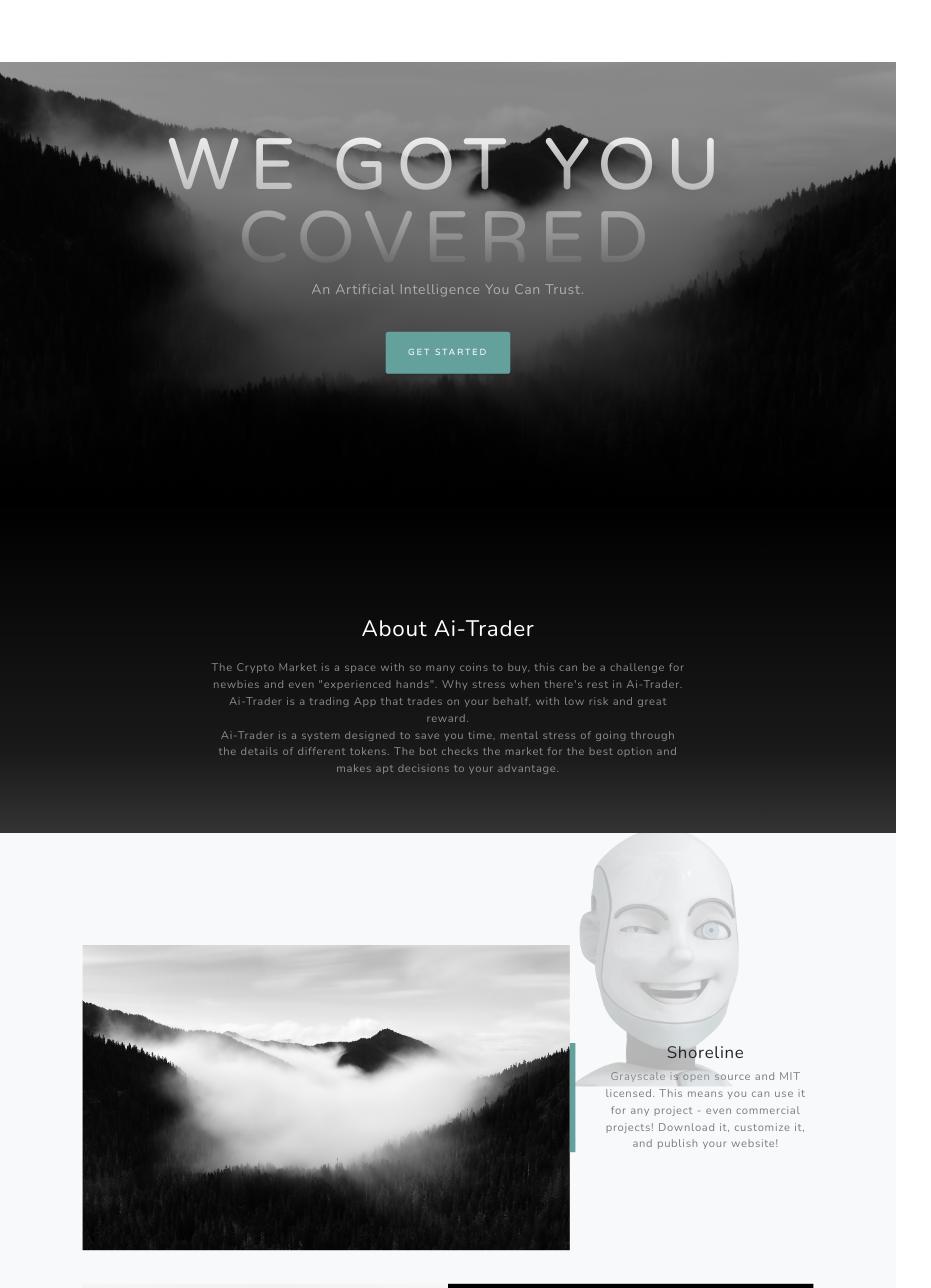
Repository: seyicoded/ico_one
Page: docs/index.html
The author's editor kept a copy of each file at every save. The page is drawn from the files as they stood at one save, then again after the next save.
The browser window is 1280 px wide. The page is 1330 px wide, then 1280 px, so the pictures cover 1330 px, including what lies to the right of the window. The pictures show the part of the page from y = 0 to 1840 px (the page is 3835 px tall), at 70% of full size.

Above is the page before, as saved 2022-02-13 16:45:09.

After the next save:
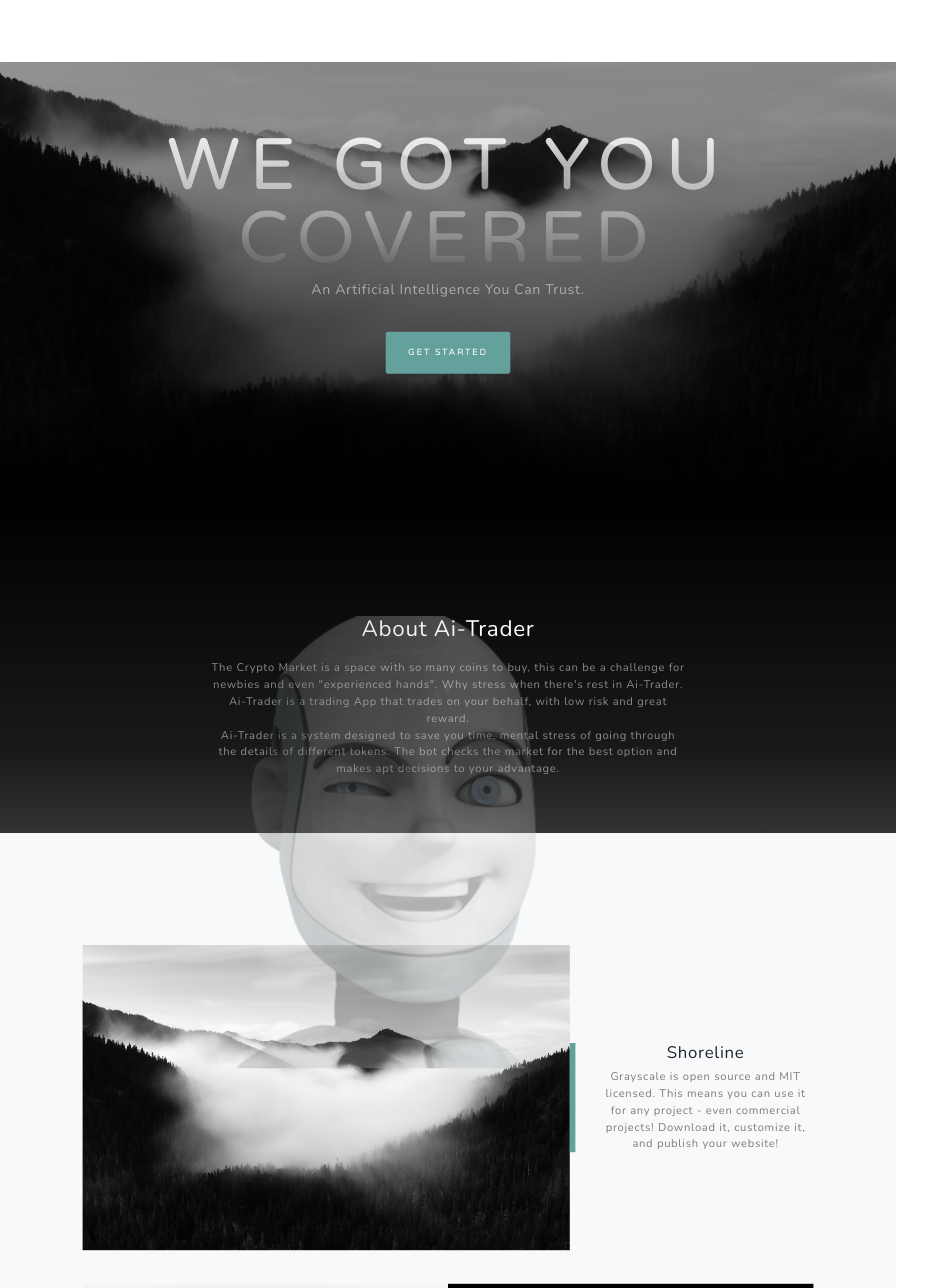
Saved 29 s later.
--- a/docs/index.html
+++ b/docs/index.html
@@ -99,8 +99,9 @@
                             Ai-Trader is a system designed to save you time, mental stress of going through the details of different tokens. The bot checks the market for the best option and makes apt decisions to your advantage.
                         </p>
                     </div>
-                </div>
-                <img class="img-fluid" src="assets/img/ipad.png" style="filter: grayscale(80%); position: absolute; opacity: 30%;" alt="..." />
+                    <img class="img-fluid" src="assets/img/ipad.png" style="filter: grayscale(80%); position: absolute; opacity: 30%;" alt="..." />
+                </div>
+                <!-- <img class="img-fluid" src="assets/img/ipad.png" style="filter: grayscale(80%); position: absolute; opacity: 30%;" alt="..." /> -->
             </div>
         </section>
         <!-- Projects-->
